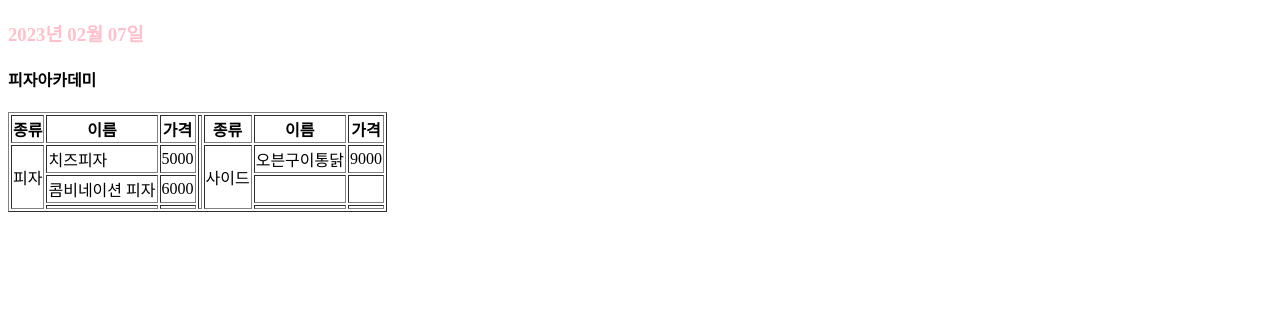
Repository: yejin0220/Web-workspace1
Page: http://localhost/2_JSP/views/04_PizzaOrderForm.jsp
The author's editor kept a copy of each file at every save. The page is drawn from the files as they stood at one save, then again after the next save.
The browser window is 1280 px wide. The pictures show the whole page.
The page is served by Tomcat 9.

Above is the page before, as saved 2023-02-09 01:00:44.

### 2_JSP/WebContent/views/04_PizzaOrderForm.jsp
<%@ page import="java.util.Date, java.text.SimpleDateFormat" %>
<%@ page language="java" contentType="text/html; charset=UTF-8"
    pageEncoding="UTF-8"%>
<!DOCTYPE html>
<html>
<head>
<meta charset="UTF-8">
<title>피자 주문 페이지</title>
<style>
	h3{color:pink;}
</style>
</head>
<body>

	<%

		Date date = new Date();
		SimpleDateFormat sdf = new SimpleDateFormat("yyyy년 MM월 dd일");
		String today = sdf.format(date);

	%>

	<h3><%= today %></h3>

	<h4>피자아카데미</h4>

	<table border="1">
		<tr>
			<th>종류</th>
			<th>이름</th>
			<th>가격</th>
			<th rowspan="4"></th>
			<th>종류</th>
			<th>이름</th>
			<th>가격</th>
		</tr>
		<tr>
			<td rowspan="3">피자</td>
			<td>치즈피자</td>
			<td>5000</td>
			<td rowspan="3">사이드</td>
			<td>오븐구이통닭</td>
			<td>9000</td>

		</tr>
		<tr>
			<td>콤비네이션 피자</td>
			<td>6000</td>
			<td></td>
			<td></td>

		</tr>
		<tr>
			<td></td>
			<td></td>
			<td></td>
			<td></td>

		</tr>




	</table>








</body>
</html>

After the next save:
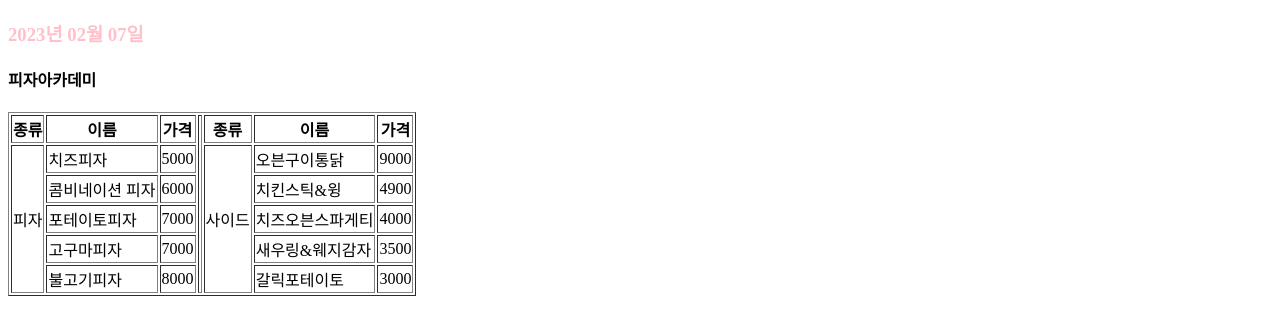
Saved 2 min 3 s later.
--- a/2_JSP/WebContent/views/04_PizzaOrderForm.jsp
+++ b/2_JSP/WebContent/views/04_PizzaOrderForm.jsp
@@ -29,34 +29,46 @@
 			<th>종류</th>
 			<th>이름</th>
 			<th>가격</th>
-			<th rowspan="4"></th>
+			<th rowspan="12"></th>
 			<th>종류</th>
 			<th>이름</th>
 			<th>가격</th>
 		</tr>
 		<tr>
-			<td rowspan="3">피자</td>
+			<td rowspan="5">피자</td>
 			<td>치즈피자</td>
 			<td>5000</td>
-			<td rowspan="3">사이드</td>
+			<td rowspan="11">사이드</td>
 			<td>오븐구이통닭</td>
 			<td>9000</td>
-
 		</tr>
 		<tr>
 			<td>콤비네이션 피자</td>
 			<td>6000</td>
-			<td></td>
-			<td></td>
+			<td>치킨스틱&윙</td>
+			<td>4900</td>
 
 		</tr>
 		<tr>
-			<td></td>
-			<td></td>
-			<td></td>
-			<td></td>
+			<td>포테이토피자</td>
+			<td>7000</td>
+			<td>치즈오븐스파게티</td>
+			<td>4000</td>
+		</tr>
+		<tr>
+			<td>고구마피자</td>
+			<td>7000</td>
+			<td>새우링&웨지감자</td>
+			<td>3500</td>
+		</tr>
+		<tr>
+			<td>불고기피자</td>
+			<td>8000</td>
+			<td>갈릭포테이토</td>
+			<td>3000</td>
+		</tr>
 
-		</tr>
+
 
 
 
